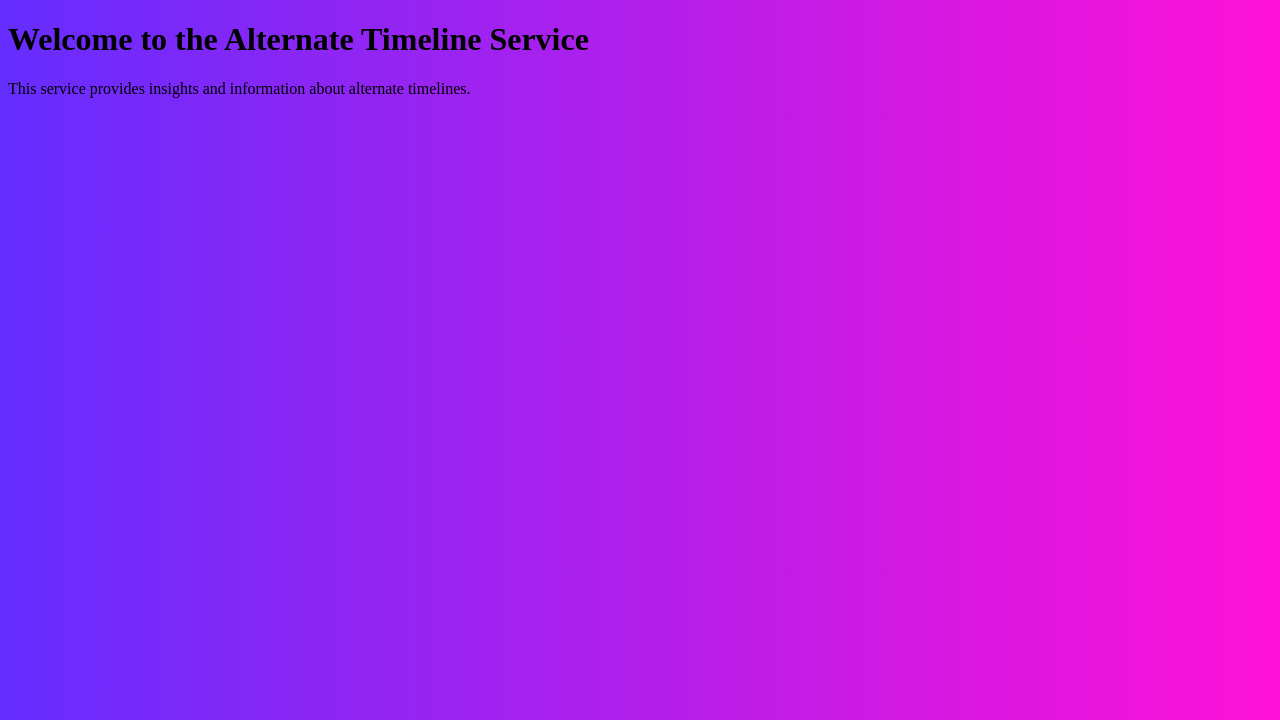
Repository: JovKun/DecisionCraft
Page: service/index.html
An editor plug-in stored every save of this project. The page is shown before and after a run of saves, followed by the edit.
The browser window is 1280 px wide. The pictures show the whole page.

Above is the page before, as saved 2026-01-31 12:36:44.

After the next 4 saves:
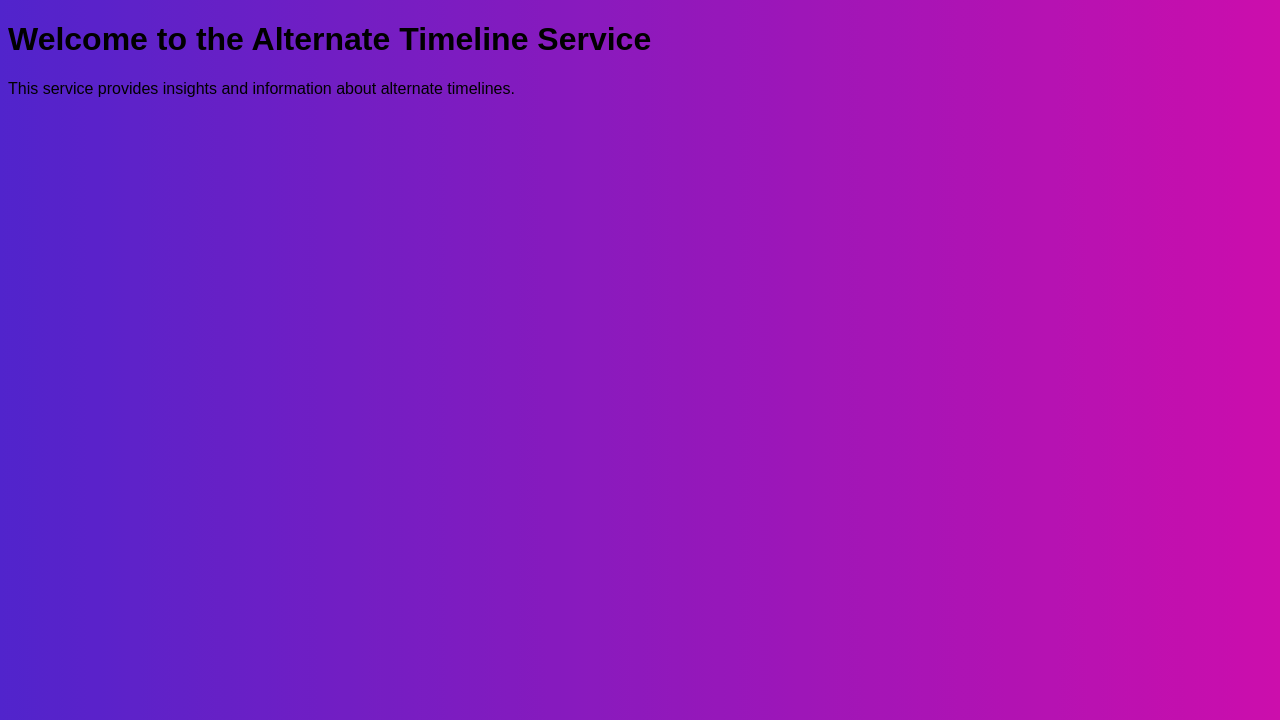
The 4 saves are shown as one change because they came seconds apart.
The last was saved 15 s later.
--- a/service/style.css
+++ b/service/style.css
@@ -1,7 +1,7 @@
 /* style.css */
 html {
     background: linear-gradient(to right, rgb(101, 45, 255), rgb(255, 17, 215));
-    /* Lo
+    filter: brightness(0.8);
     height: 100%;
     margin: 0;
     font-family: Arial, sans-serif;
